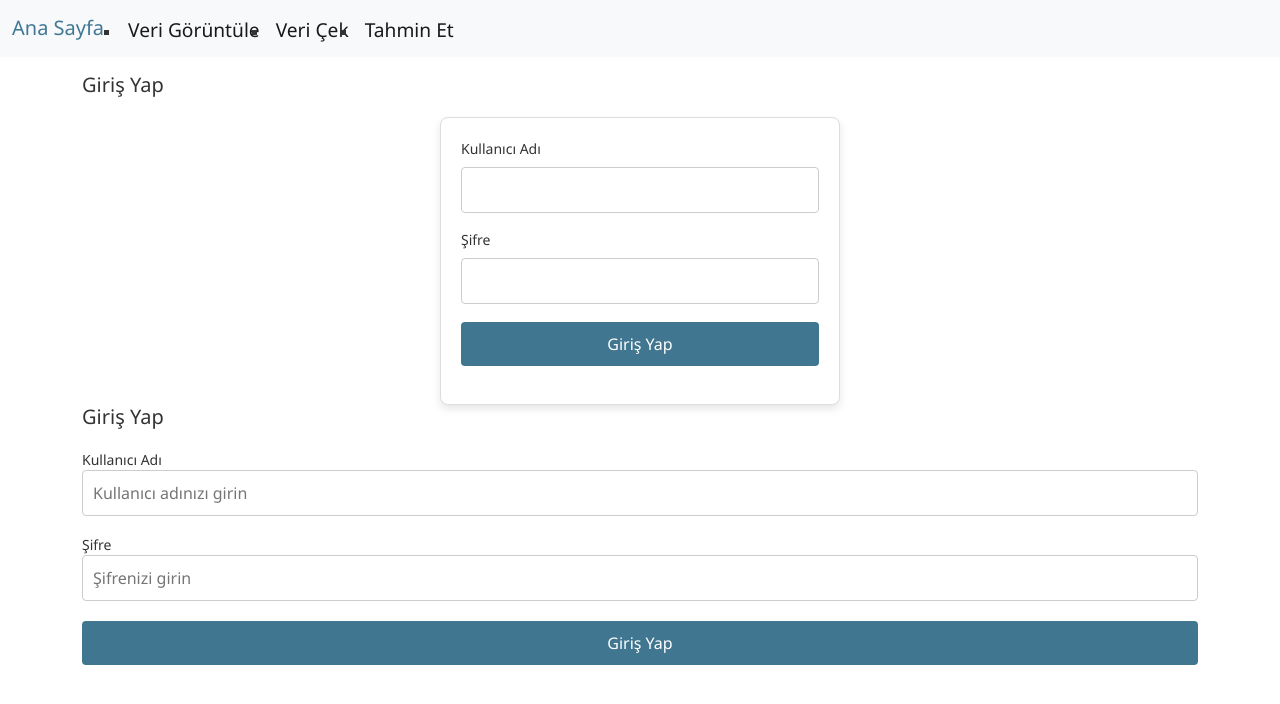
Repository: keremtanil/football_match_result_prediction
Page: http://localhost/account/login
An editor plug-in stored every save of this project. The page is shown before and after a run of saves, followed by the edit.
The browser window is 1280 px wide. The pictures show the whole page.
The page is served by the project's application, run on Django 3.2 (blogapp/manage.py). Other server files are loaded and not shown.

Above is the page before, as saved 2025-01-06 20:09:49.

### blogapp/account/templates/account/login.html
{% extends "base.html" %}
{% load static %}
{% block css_files %}
    <link rel="stylesheet" href="{% static 'account/css/style.css' %}">
{% endblock %}

{% block content %}
<div class="container mt-3">
    <div class="col">
        <h1>Giriş Yap</h1>
        <form  method="POST">
            {% csrf_token %}
            {% if error %}
                <div class="alert alert-danger">
                    {{error}}
                </div>
            {% endif %}
            <div class="mb-3">
                <label for="username" class="form-label">Kullanıcı Adı</label>
                <input type="text" class="form-control" name="username">
            </div>
            <div class="mb-3">
                <label for="password" class="form-label">Şifre</label>
                <input type="password" class="form-control" name="password">
            </div>
            <div class="mb-3">
                <input type="submit" value="Giriş Yap" class="btn btn-success">
            </div>
</div>
<form class="login-form">
    <h1>Giriş Yap</h1>
    {% csrf_token %}
    {% if error %}
        <div class="alert alert-danger">
            {{error}}
        </div>
    {% endif %}
    <div class="mb-3">
        <label for="username">Kullanıcı Adı</label>
        <input type="text" id="username" placeholder="Kullanıcı adınızı girin">
    </div>
    <div class="mb-3">
        <label for="password">Şifre</label>
        <input type="password" id="password" placeholder="Şifrenizi girin">
    </div>
    <input type="submit" value="Giriş Yap">
</form>

{% endblock %}

### blogapp/templates/base.html
{% load static %}
<!DOCTYPE html>
<html lang="tr">
<head>
    <meta charset="UTF-8">
    <meta http-equiv="X-UA-Compatible" content="IE=edge">
    <meta name="viewport" content="width=device-width, initial-scale=1.0">
    <link href="https://cdn.jsdelivr.net/npm/bootstrap@5.2.3/dist/css/bootstrap.min.css" rel="stylesheet" integrity="sha384-rbsA2VBKQhggwzxH7pPCaAqO46MgnOM80zW1RWuH61DGLwZJEdK2Kadq2F9CUG65" crossorigin="anonymous">
    <link rel="stylesheet" href="{% static 'css/base.css' %}">
    {% block css_files %} {% endblock %}
    <title>Document</title>
</head>
<body>
    <nav class="navbar navbar-expand-lg bg-light">
    <div class="container-fluid">
        <a class="navbar-brand large-text" href="{% url 'home' %}">Ana Sayfa</a>
        <button class="navbar-toggler" type="button" data-bs-toggle="collapse" data-bs-target="#navbarNav" aria-controls="navbarNav" aria-expanded="false" aria-label="Toggle navigation">
        <span class="navbar-toggler-icon"></span>
        </button>
        <div class="collapse navbar-collapse" id="navbarNav">
        <ul class="navbar-nav">
            <li class="nav-item">
            <a class="nav-link active" aria-current="page" href="{% url 'collect' %}" style="font-size: 1.2rem;">Veri Görüntüle</a>
            </li>
            <li class="nav-item">
            <a class="nav-link active" href="{% url 'live' %}" style="font-size: 1.2rem;">Veri Çek</a>
            </li>
            <li class="nav-item">
            <a class="nav-link active" href="{% url 'predict' %}" style="font-size: 1.2rem;">Tahmin Et</a>
            </li>
        </ul>
        <ul class="navbar-nav ms-auto">
            {% if user.is_authenticated %}
            <li class="nav-item">
            <a class="nav-link active" href="{% url 'login' %}" style="font-size: 1.2rem;">Giriş Yap</a>
            </li>
            <li class="nav-item">
                <a class="nav-link active" href="{% url 'register' %}" style="font-size: 1.2rem;">Kayıt Ol</a>
            </li>
            <li class="nav-item">
            <a class="nav-link active" href="{% url 'logout' %}" style="font-size: 1.2rem;">Çıkış Yap</a>
            </li>
            {%endif%}
        </ul>
        </div>
    </div>
    </nav>
    {% block content %}{% endblock %}
    <script src="https://cdn.jsdelivr.net/npm/bootstrap@5.2.3/dist/js/bootstrap.bundle.min.js" integrity="sha384-kenU1KFdBIe4zVF0s0G1M5b4hcpxyD9F7jL+jjXkk+Q2h455rYXK/7HAuoJl+0I4" crossorigin="anonymous"></script>
</body>
</html>

### blogapp/account/views.py
from django.shortcuts import render,redirect
from django.contrib.auth import authenticate

def login(request):
    if request.method == "POST":
        username = request.POST["username"]
        password = request.POST["password"]

        user = authenticate(request, username=username, password=password)

        if user is not None:
            login(request, user)
            return redirect("home")
        else:
            return render(request, "account/login.html", {
                "error": "Kullanıcı adı ya da şifre yanlış"
            })
    return render(request, "account/login.html")
def register(request):
    return render(request, "account/register.html")
def logout(request):
    return redirect("home")

### blogapp/blogapp/urls.py
"""blogapp URL Configuration

The `urlpatterns` list routes URLs to views. For more information please see:
    https://docs.djangoproject.com/en/3.2/topics/http/urls/
Examples:
Function views
    1. Add an import:  from my_app import views
    2. Add a URL to urlpatterns:  path('', views.home, name='home')
Class-based views
    1. Add an import:  from other_app.views import Home
    2. Add a URL to urlpatterns:  path('', Home.as_view(), name='home')
Including another URLconf
    1. Import the include() function: from django.urls import include, path
    2. Add a URL to urlpatterns:  path('blog/', include('blog.urls'))
"""
from django.contrib import admin
from django.urls import path, include

urlpatterns = [
    path('admin/', admin.site.urls),
    path('', include('blog.urls')),
    path('account/', include('account.urls'))
]

### blogapp/blog/urls.py
from django.urls import path
from . import views
urlpatterns = [
    path("", views.index, name="home"),
    path("index", views.index),
    path("collect_data", views.collect_data, name="collect"),
    path("predict", views.predict, name="predict"),
    path("live_collect_data/", views.live_collect_data, name="live"),
]

### blogapp/account/urls.py
from django.urls import path
from . import views

urlpatterns = [
    path("login", views.login , name="login"),
    path("register", views.register , name="register"),
    path("logout", views.logout , name="logout"),
]

### blogapp/account/static/account/css/style.css
html, body {
    margin: 0 ; /* Varsayılan marjinleri devre dışı bırak */
    padding: 0 ;
    height: 100% ; /* Tam yüksekliği zorunlu kıl */
    overflow: hidden; /* Kaydırmayı engelle */
}
/* Giriş ve Kayıt Formları Ortak Stiller */
form {
    max-width: 400px;
    margin: 0 auto;
    padding: 20px;
    border: 1px solid #ddd;
    border-radius: 8px;
    box-shadow: 0 4px 8px rgba(0, 0, 0, 0.1);
    background-color: #fff;
}

/* Kayıt Formuna Özel Stil */
form.register-form {
    border: 2px solid #6c63ff; /* Farklı bir çerçeve rengi */
    background-color: #f7f8fc; /* Hafif mor arka plan */
}

/* Giriş Formuna Özel Stil */
form.login-form {
    border: 2px solid #28a745; /* Yeşil çerçeve */
    background-color: #f9f9f9; /* Daha açık arka plan */
}

/* Ortak Input Alanları */
input[type="text"],
input[type="password"],
input[type="email"] {
    font-size: 16px;
    padding: 10px;
    border: 1px solid #ccc;
    border-radius: 4px;
    width: 100%;
    box-sizing: border-box;
}

/* Giriş ve Kayıt Butonları */
input[type="submit"] {
    width: 100%;
    padding: 10px;
    color: #fff;
    border: none;
    border-radius: 4px;
    cursor: pointer;
    font-size: 16px;
    transition: background-color 0.3s ease;
}

/* Kayıt Formu Buton Stili */
form.register-form input[type="submit"] {
    background-color: #6c63ff;
}

form.register-form input[type="submit"]:hover {
    background-color: #5a54d1;
}

/* Giriş Formu Buton Stili */
form.login-form input[type="submit"] {
    background-color: #28a745;
}

form.login-form input[type="submit"]:hover {
    background-color: #218838;
}

/* Mobil Uyum */
@media (max-width: 768px) {
    form {
        padding: 15px;
    }
}

Loaded but not shown: blogapp/staticfiles/admin/css/base.css (common file)

After the next 2 saves:
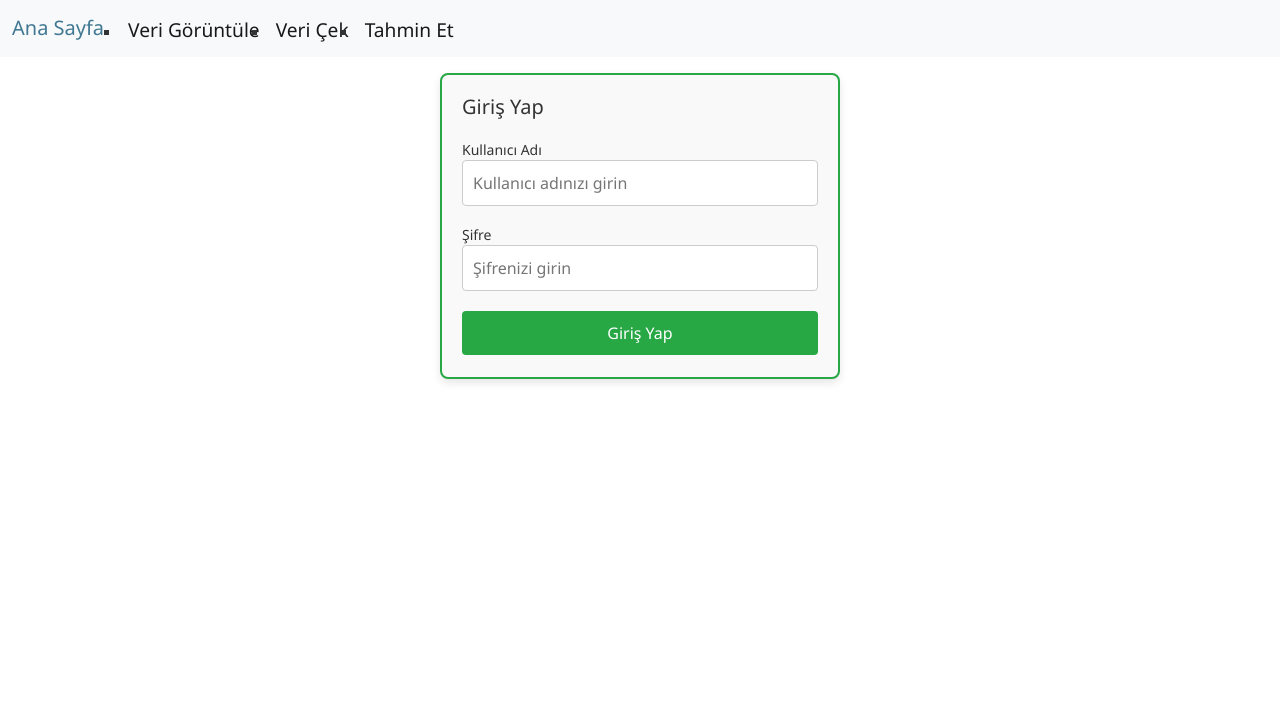
The 2 saves are shown as one change because they came seconds apart.
The last was saved 15 s later.
--- a/blogapp/account/templates/account/login.html
+++ b/blogapp/account/templates/account/login.html
@@ -6,44 +6,23 @@
 
 {% block content %}
 <div class="container mt-3">
-    <div class="col">
+    <form class="login-form">
         <h1>Giriş Yap</h1>
-        <form  method="POST">
-            {% csrf_token %}
-            {% if error %}
-                <div class="alert alert-danger">
-                    {{error}}
-                </div>
-            {% endif %}
-            <div class="mb-3">
-                <label for="username" class="form-label">Kullanıcı Adı</label>
-                <input type="text" class="form-control" name="username">
+        {% csrf_token %}
+        {% if error %}
+            <div class="alert alert-danger">
+                {{error}}
             </div>
-            <div class="mb-3">
-                <label for="password" class="form-label">Şifre</label>
-                <input type="password" class="form-control" name="password">
-            </div>
-            <div class="mb-3">
-                <input type="submit" value="Giriş Yap" class="btn btn-success">
-            </div>
+        {% endif %}
+        <div class="mb-3">
+            <label for="username">Kullanıcı Adı</label>
+            <input type="text" id="username" placeholder="Kullanıcı adınızı girin">
+        </div>
+        <div class="mb-3">
+            <label for="password">Şifre</label>
+            <input type="password" id="password" placeholder="Şifrenizi girin">
+        </div>
+        <input type="submit" value="Giriş Yap">
+    </form>
 </div>
-<form class="login-form">
-    <h1>Giriş Yap</h1>
-    {% csrf_token %}
-    {% if error %}
-        <div class="alert alert-danger">
-            {{error}}
-        </div>
-    {% endif %}
-    <div class="mb-3">
-        <label for="username">Kullanıcı Adı</label>
-        <input type="text" id="username" placeholder="Kullanıcı adınızı girin">
-    </div>
-    <div class="mb-3">
-        <label for="password">Şifre</label>
-        <input type="password" id="password" placeholder="Şifrenizi girin">
-    </div>
-    <input type="submit" value="Giriş Yap">
-</form>
-
 {% endblock %}
